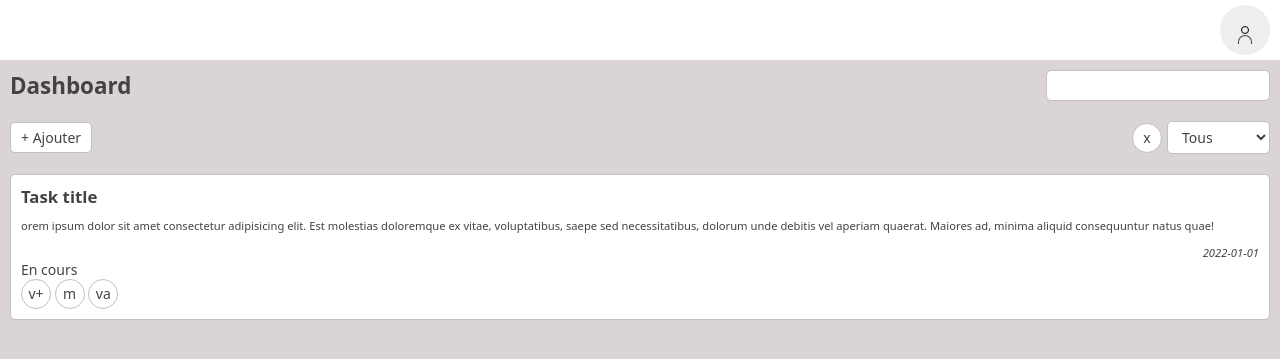
Repository: zpaulange/task_manager
Page: dashboard/index.html
The author's editor kept a copy of each file at every save. The page is drawn from the files as they stood at one save, then again after a run of saves.
The browser window is 1280 px wide. The pictures show the whole page.

Above is the page before, as saved 2025-03-06 15:29:28.

After the next 5 saves:
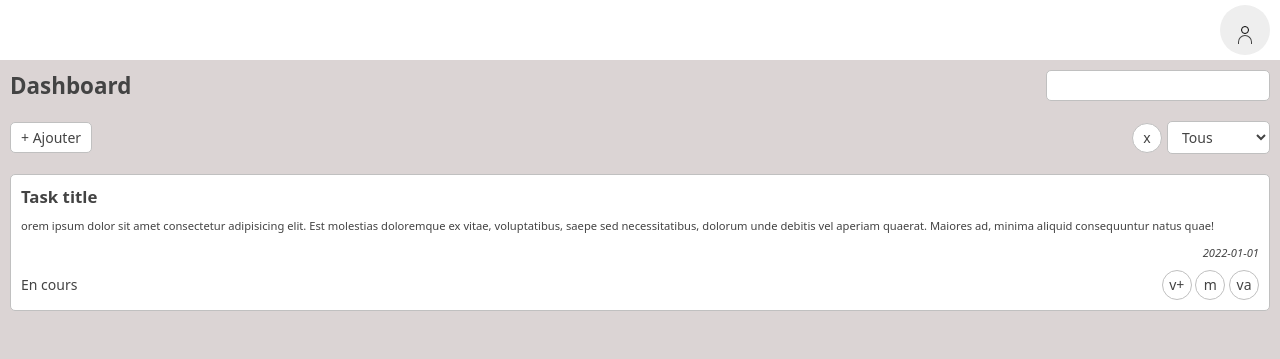
The 5 saves are shown as one change because they came seconds apart.
The last was saved 47 s later.
--- a/assets/styles/dashboard/style.css
+++ b/assets/styles/dashboard/style.css
@@ -188,3 +188,10 @@ input:focus, select:focus{
   text-align: right;
   font-style: italic;
 }
+
+.main-task__content-item__actions{
+  display: flex;
+  justify-content: space-between;
+  align-items:center;
+  margin-top:10px;
+}
